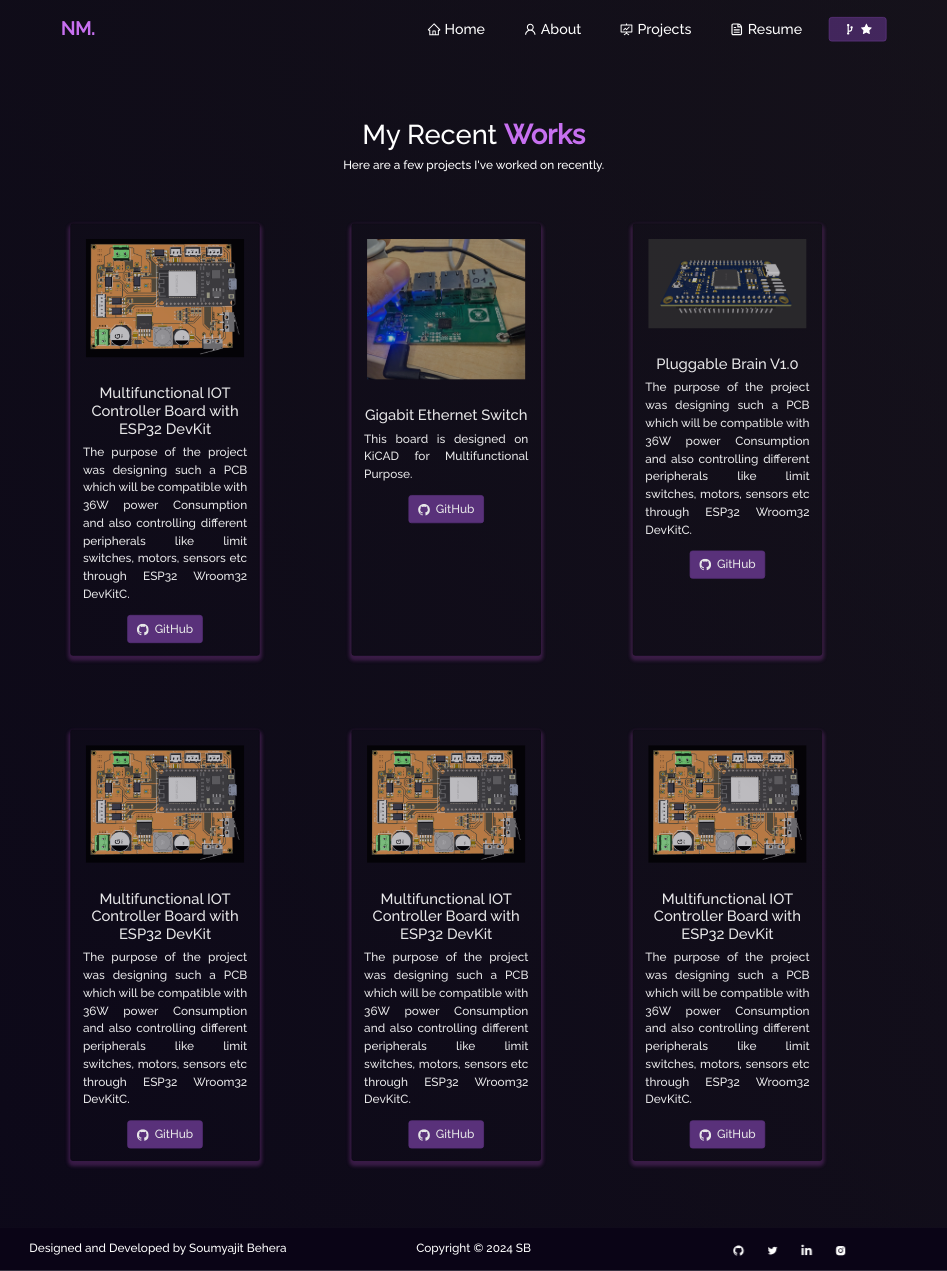
Repository: nenadMarkorvic/personal-website
Page: /project
An editor plug-in stored every save of this project. The page is shown before and after the next save, followed by the edit.
The browser window is 1280 px wide. The pictures show the whole page, at 74% of full size.
The project was rebuilt for these pictures with package versions that can differ from the ones it lists, and the page was loaded fresh each time. Also part of the build but not shown: src/components/Home/Home2.js, src/components/Home/Type.js, src/components/Home/Home.js, src/components/About/Github.js, src/components/About/AboutCard.js, src/components/About/Toolstack.js, src/components/About/About.js, src/components/Resume/ResumeNew.js. Imported but missing from the stored project, and not drawn on this page: src/Assets/Nenad Markovic_pcb.pdf.

Above is the page before, as saved 2024-08-29 10:55:31.

After the next save:
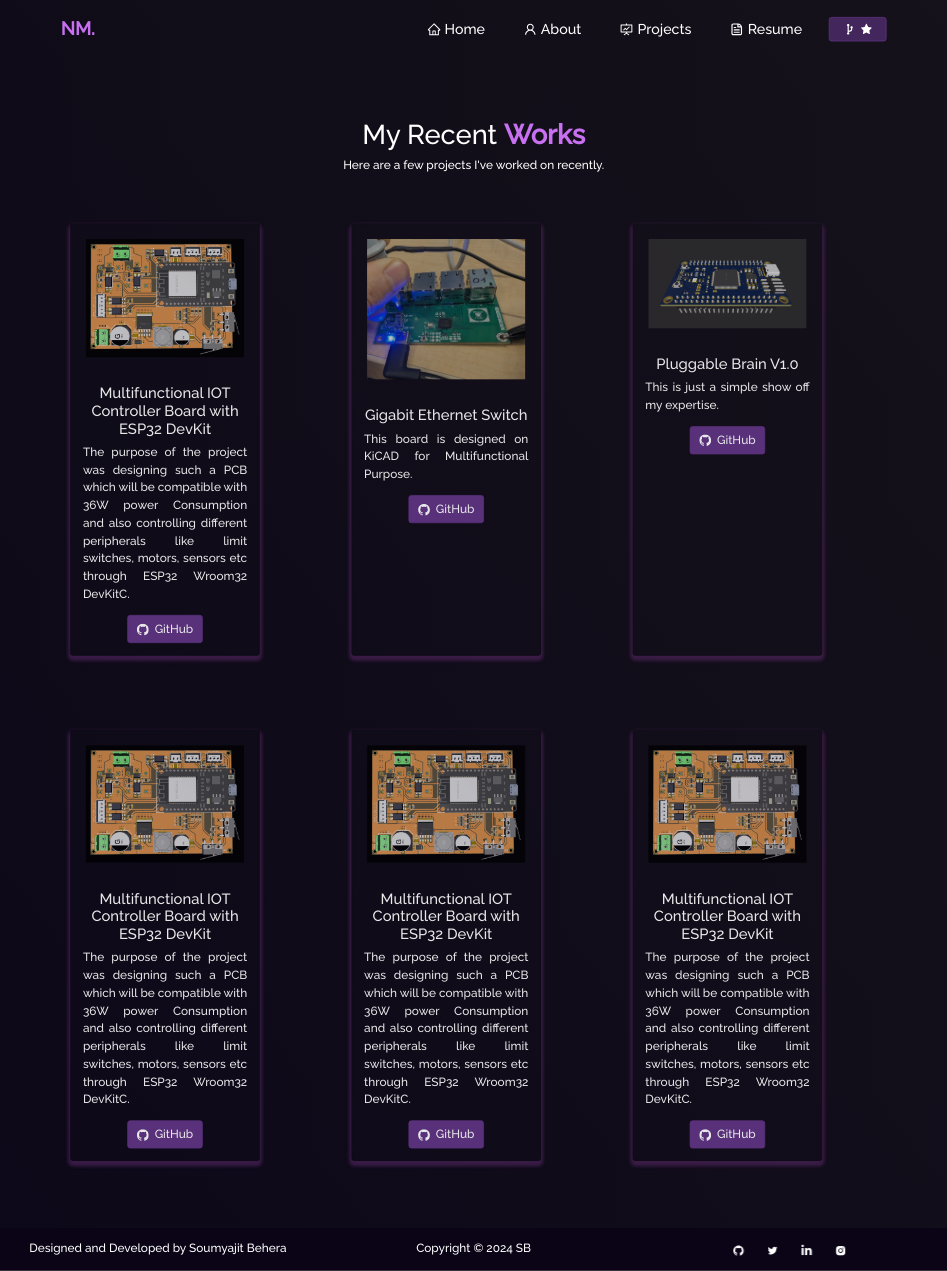
Saved 15 s later.
--- a/src/components/Projects/Projects.js
+++ b/src/components/Projects/Projects.js
@@ -41,7 +41,7 @@ function Projects() {
               imgPath={project3}
               isBlog={false}
               title="Pluggable Brain V1.0"
-              description="The purpose of the project was designing such a PCB which will be compatible with 36W power Consumption and also controlling different peripherals like limit switches, motors, sensors etc through ESP32 Wroom32 DevKitC."
+              description="This is just a simple show off my expertise."
               ghLink=""
             />
           </Col><Col md={4} className="project-card">
